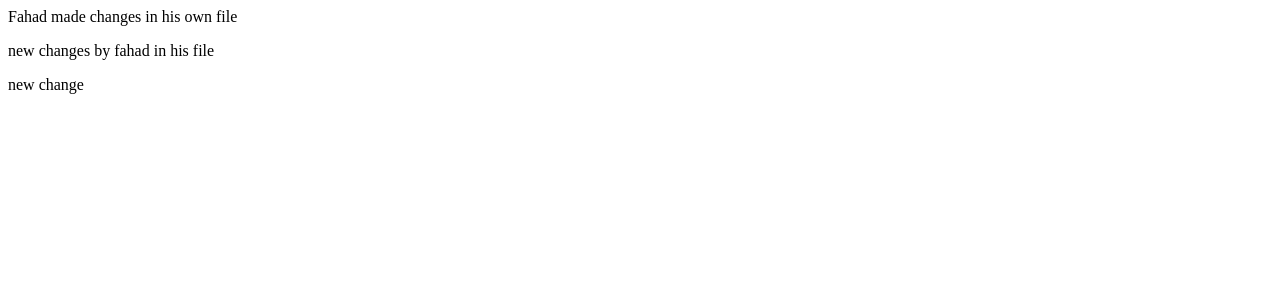
Repository: FahadAliSheikh/learnWorkFlow
Page: fahad.html
The author's editor kept a copy of each file at every save. The page is drawn from the files as they stood at one save, then again after the next save.
The browser window is 1280 px wide. The pictures show the whole page.

Above is the page before, as saved 2019-03-23 13:43:54.

### fahad.html
<p>Fahad made changes in his own file</p>
<p>new changes by fahad in his file</p>
<p>new change</p>

After the next save:
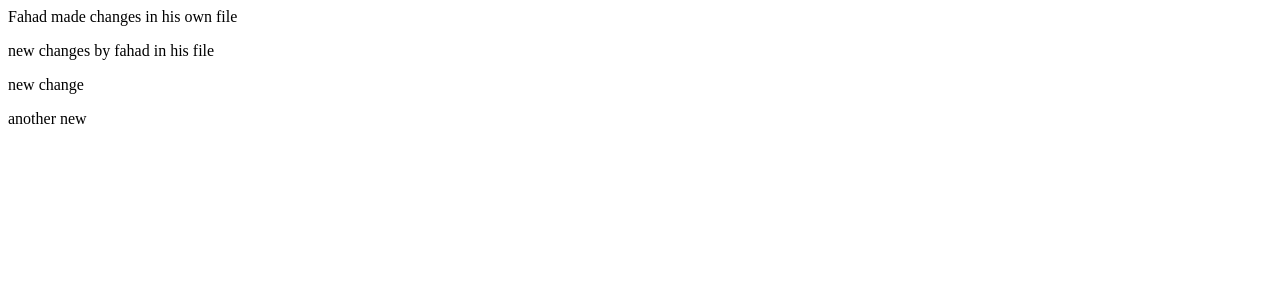
Saved 19 s later.
--- a/fahad.html
+++ b/fahad.html
@@ -1,3 +1,4 @@
 <p>Fahad made changes in his own file</p>
 <p>new changes by fahad in his file</p>
 <p>new change</p>
+<p>another new</p>
